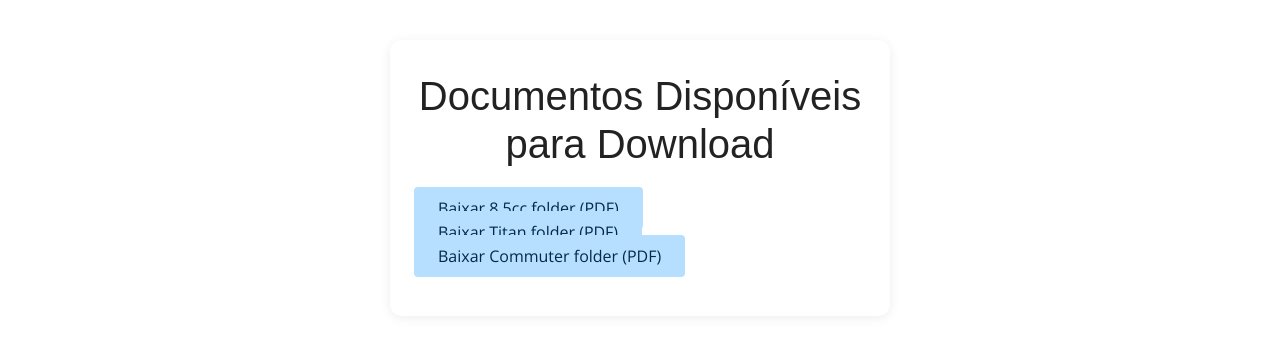
Repository: JamesOliveira1/Project-MastroWebSite
Page: assets/contents/documents.html
The author's editor kept a copy of each file at every save. The page is drawn from the files as they stood at one save, then again after the next save.
The browser window is 1280 px wide. The pictures show the whole page.
Some web fonts or font styles are not loaded; a fallback is used.

Above is the page before, as saved 2025-06-30 13:28:11.

### assets/contents/documents.html
<!DOCTYPE html>
<html lang="pt-BR">
<head>
    <meta charset="UTF-8">
    <title>Documentos para Download</title>
      <!-- Google Fonts -->
  <link href="https://fonts.googleapis.com/css?family=Open+Sans:300,300i,400,400i,600,600i,700,700i|Raleway:300,300i,400,400i,500,500i,600,600i,700,700i|Poppins:300,300i,400,400i,500,500i,600,600i,700,700i"
    rel="stylesheet">

  <!-- Vendor CSS Files -->
  <link href="../assets/vendor/aos/aos.css" rel="stylesheet">
  <link href="../assets/vendor/bootstrap/css/bootstrap.min.css" rel="stylesheet">
  <link href="../assets/vendor/bootstrap-icons/bootstrap-icons.css" rel="stylesheet">
  <link href="../assets/vendor/boxicons/css/boxicons.min.css" rel="stylesheet">
  <link href="../assets/vendor/glightbox/css/glightbox.min.css" rel="stylesheet">
  <link href="../assets/vendor/remixicon/remixicon.css" rel="stylesheet">
  <link href="../assets/vendor/swiper/swiper-bundle.min.css" rel="stylesheet">

   <!-- Template Main CSS File -->
  <link href="../assets/css/style.css" rel="stylesheet">


    <style>
        /* Estilo adicional para destacar a lista de documentos */
        .documents-container {
            max-width: 500px;
            margin: 40px auto;
            padding: 32px 24px;
            background: #fff;
            border-radius: 12px;
            box-shadow: 0 2px 12px rgba(0,0,0,0.07);
        }
        .documents-container h1 {
            text-align: center;
            margin-bottom: 28px;
            color: #222;
        }
        .documents-list {
            list-style: none;
            padding: 0;
        }
        #botaodocumentlist {
            background: #b6dfff;
            border: 0;
            padding: 10px 24px;
            color: #04284d;
            transition: 0.4s;
            border-radius: 4px;
        }
        #botaodocumentlist:hover {
            color: #fff;
            background: #004f91;
        }
    </style>
</head>
<body>
    <div class="documents-container">
        <h1>Documentos Disponíveis para Download</h1>
        <ul class="documents-list">
            <li>
                <a href="./85cc.pdf" download id="botaodocumentlist" role="button">
                    Baixar 8.5cc folder (PDF)
                </a>
            </li>
            <li>
                <a href="./titancc.pdf" download id="botaodocumentlist" role="button">
                    Baixar Titan folder (PDF)
                </a>
            </li>
            <li>
                <a href="./commuter.pdf" download id="botaodocumentlist" role="button">
                    Baixar Commuter folder (PDF)
                </a>
            </li>
        </ul>
    </div>

</body>
</html>

Loaded but not shown: assets/vendor/aos/aos.css (library); assets/vendor/bootstrap/css/bootstrap.min.css (library); assets/vendor/bootstrap-icons/bootstrap-icons.css (library); assets/vendor/boxicons/css/boxicons.min.css (library); assets/vendor/glightbox/css/glightbox.min.css (library); assets/vendor/remixicon/remixicon.css (library); assets/vendor/swiper/swiper-bundle.min.css (library); assets/css/style.css (4288 lines, source omitted)

After the next save:
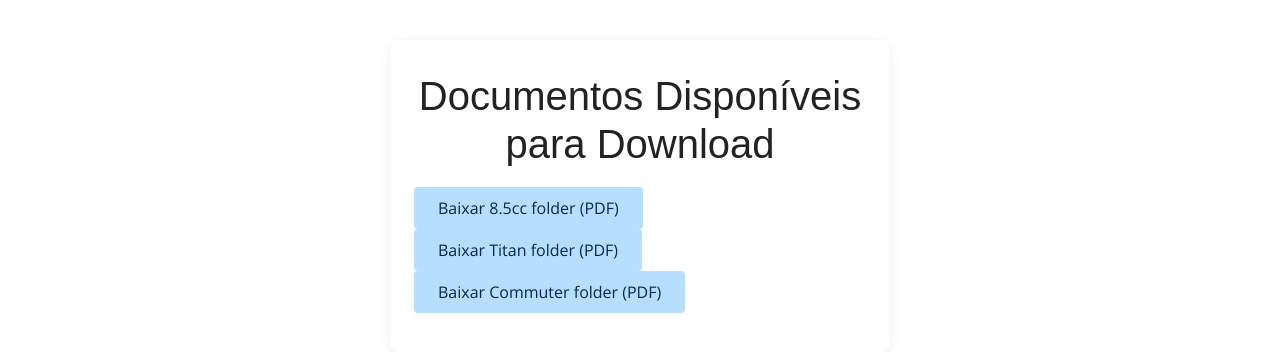
Saved 48 s later.
--- a/assets/contents/documents.html
+++ b/assets/contents/documents.html
@@ -39,6 +39,9 @@
             list-style: none;
             padding: 0;
         }
+        .documents-list li {
+            margin-bottom: 18px;
+        }
         #botaodocumentlist {
             background: #b6dfff;
             border: 0;
